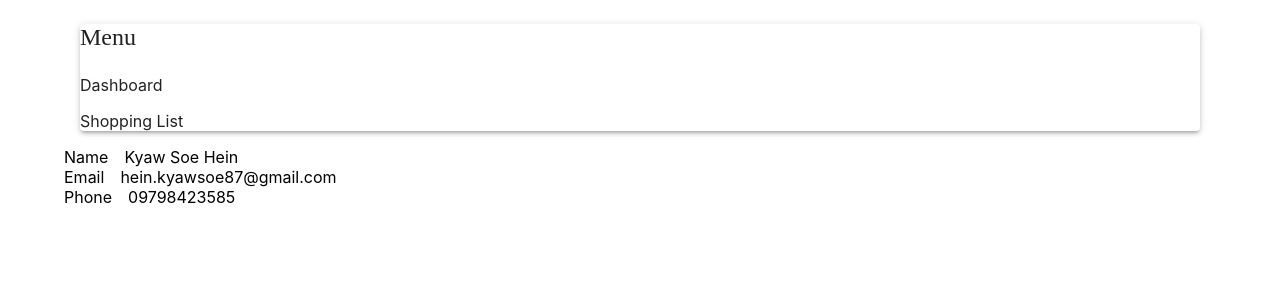
Repository: KyawSoeHein/GoogleAuthReact
Page: /
An editor plug-in stored every save of this project. The page is shown before and after the next save, followed by the edit.
The browser window is 1280 px wide. The pictures show the whole page.
The project was rebuilt for these pictures with package versions that can differ from the ones it lists, and the page was loaded fresh each time.

Above is the page before, as saved 2022-02-14 18:47:57.

### src/index.tsx
import React from "react";
import ReactDOM from "react-dom";
import "./index.css";
import App from "./App";
import Dashboard from "./View/Dashboard";
import reportWebVitals from "./reportWebVitals";

ReactDOM.render(
  <React.StrictMode>
    <Dashboard />
  </React.StrictMode>,
  document.getElementById("root")
);

// If you want to start measuring performance in your app, pass a function
// to log results (for example: reportWebVitals(console.log))
// or send to an analytics endpoint. Learn more: https://bit.ly/CRA-vitals
reportWebVitals();

### src/View/Dashboard.tsx
import React from "react";
import { Container, Grid, Stack } from "@mui/material";
import MenuSelection from "../Components/MenuSelection";

const Dashboard = () => {
  return (
    <Grid>
      <Container>
        <MenuSelection />

        <Stack direction={"row"} spacing={2}>
          <div>Name</div>
          <div>Kyaw Soe Hein</div>
        </Stack>

        <Stack direction={"row"} spacing={2}>
          <div>Email</div>
          <div>hein.kyawsoe87@gmail.com</div>
        </Stack>

        <Stack direction={"row"} spacing={2}>
          <div>Phone</div>
          <div>09798423585</div>
        </Stack>
      </Container>
    </Grid>
  );
};

export default Dashboard;

### src/Components/MenuSelection.tsx
import React from "react";
import { Container, Grid, Paper, Stack } from "@mui/material";
import "../App.css";

const MenuSelection = () => {
  return (
    <Paper elevation={3} style={{ margin: 16 }}>
      <p className="menuSelectionTitle">Menu</p>

      <p>Dashboard</p>
      <p>Shopping List</p>
    </Paper>
  );
};

export default MenuSelection;

### src/App.css
.App {
  text-align: center;
}

.App-logo {
  height: 40vmin;
  pointer-events: none;
}

@media (prefers-reduced-motion: no-preference) {
  .App-logo {
    animation: App-logo-spin infinite 20s linear;
  }
}

.App-header {
  background-color: #282c34;
  min-height: 100vh;
  display: flex;
  flex-direction: column;
  align-items: center;
  justify-content: center;
  font-size: calc(10px + 2vmin);
  color: white;
}

.App-link {
  color: #61dafb;
}

@keyframes App-logo-spin {
  from {
    transform: rotate(0deg);
  }
  to {
    transform: rotate(360deg);
  }
}

.menuSelectionTitle {
  font-size: 24px;
  font-family: serif;
}

Loaded but not shown: public/index.html (common file); src/index.css (common file); src/reportWebVitals.ts (common file)

After the next save:
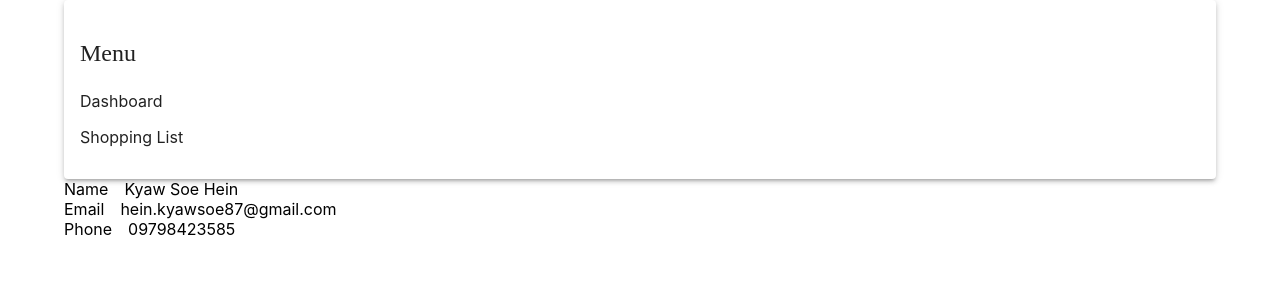
Saved 8 s later.
--- a/src/Components/MenuSelection.tsx
+++ b/src/Components/MenuSelection.tsx
@@ -4,7 +4,7 @@ import "../App.css";
 
 const MenuSelection = () => {
   return (
-    <Paper elevation={3} style={{ margin: 16 }}>
+    <Paper elevation={3} style={{ padding: 16 }}>
       <p className="menuSelectionTitle">Menu</p>
 
       <p>Dashboard</p>
